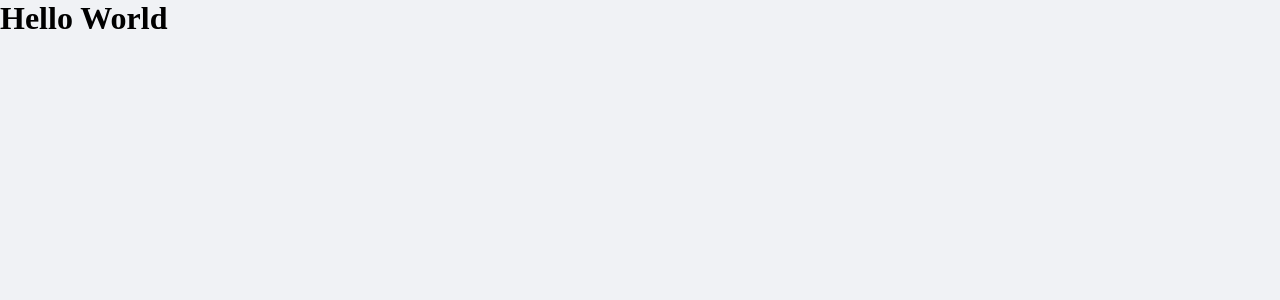
Repository: viniciusfg05/vlmoney
Page: /
These files come from the project's save history. The page is drawn as it stood at one moment and after the next save; the edit follows.
The browser window is 1280 px wide. The pictures show the whole page.
The project was rebuilt for these pictures with package versions that can differ from the ones it lists, and the page was loaded fresh each time.

Above is the page before, as saved 2022-02-21 12:40:31.

### public/index.html
<!DOCTYPE html>
<html lang="en">
  <head>
    <link rel="preconnect" href="https://fonts.googleapis.com" />

    <meta charset="utf-8" />
    <meta name="viewport" content="width=device-width, initial-scale=1" />

    <link rel="shortcut icon" href="favicon.png" type="image/png" />

    <link rel="preconnect" href="https://fonts.gstatic.com" crossorigin />
    <link
      href="https://fonts.googleapis.com/css2?family=Poppins:wght@400;600&display=swap"
      rel="stylesheet"
    />
    <title>VlMoney</title>
  </head>
  <body>
    <noscript>You need to enable JavaScript to run this app.</noscript>
    <div id="root"></div>
  </body>
</html>

### src/App.tsx
import styled from 'styled-components'
import { GlobalStyles } from './styles/global';

export function App() {
  return (
    <div className="App">
     <h1>Hello World</h1>

    <GlobalStyles />

    </div>
  );
}

//export default App: pq nao usar que quem defini o nome da exportação é o importação e não a exportação

### src/styles/global.ts
import { createGlobalStyle } from 'styled-components'

export const GlobalStyles = createGlobalStyle`
  :root {
    --background: #f0f2f5;
    --roxo: #5429CC;
    --roxo-light: #6933FF;
    --green: #33CC95;
    --red: #E62E4D;
    --shape: #FFFFFF;
    --title-body: #363F5F;
    --text-body: #969CB3;
  }

  *{
    margin: 0;
    padding: 0;
    box-sizing: border-box;
  }

  html {
    @media (max-width: 1080px) {
      font-size: 93.75%; // 15px
    }

    @media (max-width: 720px) {
      font-size: 87.5%; // 15px
    }
  }

  body {
    background: var(--background) ;
    -webkit-font-smothing: antialiased; //para font ficar mais nitida
  }

  border-style, input, textarea, button {
    font-family: "Poppins", sans-serif;
    font-weight: 400;
  }

  h1, h2, h3, h4, h5, h6, strong {
    font-weight: 600;
  }

  button {
    cursor: pointer;
  }

  [disabled] {
    opacity: 0.6;
    cursor: not-allowed; //nao permitido
  }
`

### src/components/Header/index.tsx
export function Header() {
  return (
    <header>
      Header
    </header>
  )
}

Loaded but not shown: src/index.tsx (common file)

After the next save:
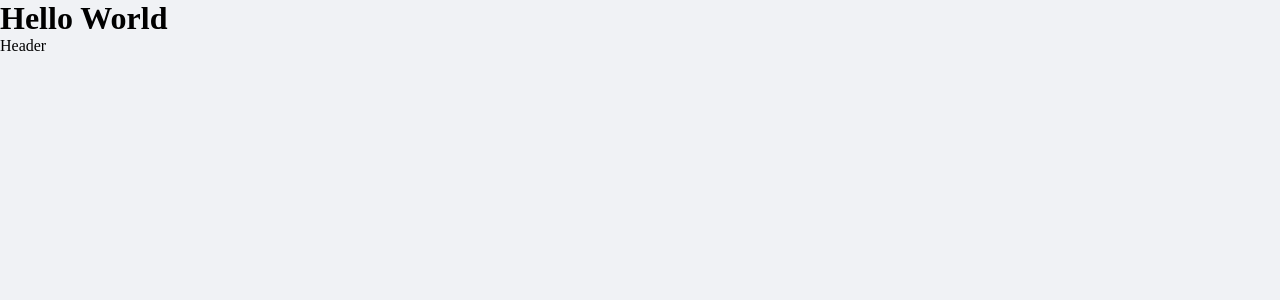
Saved 20 s later.
--- a/src/App.tsx
+++ b/src/App.tsx
@@ -1,11 +1,12 @@
 import styled from 'styled-components'
+import { Header } from './components/Header';
 import { GlobalStyles } from './styles/global';
 
 export function App() {
   return (
     <div className="App">
      <h1>Hello World</h1>
-
+    <Header />
     <GlobalStyles />
 
     </div>
